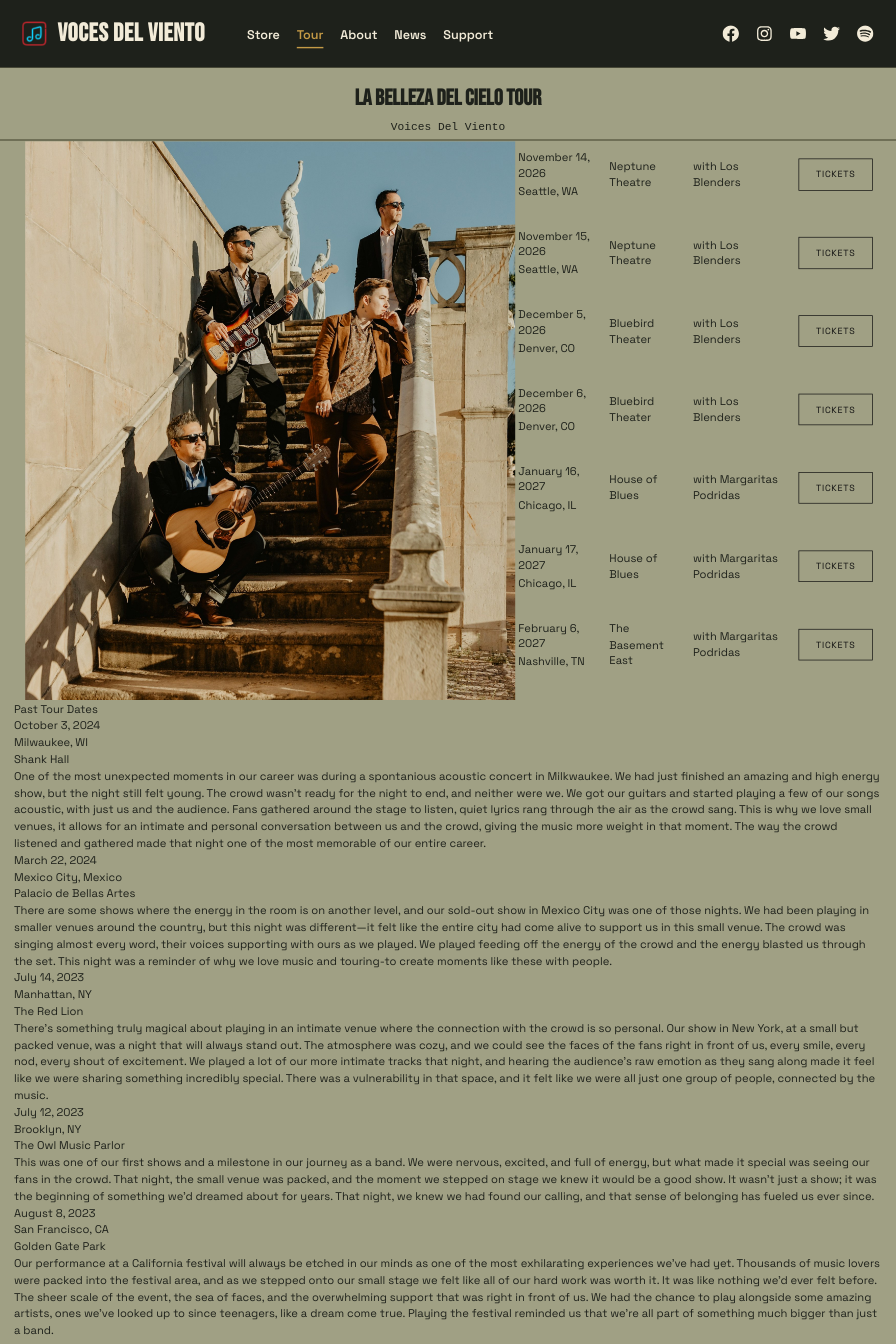
Repository: lime929/voices-del-viento
Page: /tour
The author's editor kept a copy of each file at every save. The page is drawn from the files as they stood at one save, then again after the next save.
The browser window is 1280 px wide. The pictures show the part of the page from y = 0 to 1920 px (the page is 10001 px tall), at 70% of full size.
An inner scrolling area shows only its first screen. The project was rebuilt for these pictures with package versions that can differ from the ones it lists, and the page was loaded fresh each time. The framework's server and built-in components were replaced by stand-ins that run in the browser. Also part of the build but not shown: next.config.mjs.

Above is the page before, as saved 2026-09-14 14:58:31.

### app/layout.jsx
import '../app/globals.css';
import Footer from '../app/components/Footer';
import NavBar from '../app/components/NavBar';


export const metadata = {
  title: "Voces del Viento",
  description:
    "Voces del Viento is a Mexican indie rock band from Michoacán, blending classic Latin rock influences with modern sounds inspired by Caifanes, Juanes, and Los Enanitos Verdes. Discover their heartfelt music, cultural roots, and energetic live performances.",
  keywords: [
    "Voces del Viento",
    "Mexican indie rock",
    "Michoacán, Mexico",
    "Latin rock",
    "Alternative music",
    "band from Mexico",
    "indie music",
  ],
};

export default function MainLayout({ children }) {
  return (
    <html lang="en">
      <body>
        <NavBar />
        {children}
        <Footer />
      </body>
    </html>
  );
}

### app/tour/page.jsx
import styles from "./page.module.css";
import TourCurrent from "../components/TourCurrent";
import TourPast from "../components/TourPast";
import tours from "./tours.json";
import Image from "next/image";
import tourImage from "../../public/images/tour/tourImage.jpg";
import TourGallery from "../components/TourGallery";

export const metadata = {
  title: "Voces del Viento | Tour",
  description: "Live performances and tour dates for Voces del Viento. Check out our upcoming concerts and events.",
  keywords: [
    "Voces del Viento",
    "Concert announcements",
    "Live performances",
    "Tour dates",
    "Music events",
    "Band tour",
    "Live music",
    "Concert schedule",
    "Tour updates",
    "Music tour"
  ]
};

export default function TourPage() {
  const upcomingTours = tours.filter((tour) => tour.status === "upcoming");
  const pastTours = tours.filter((tour) => tour.status === "past");

  return (
    <>
      <div className={styles.tourContainer}>
      <div className={styles.tourHeader}>
        <h2 className={styles.tourTitle}>La Belleza del Cielo Tour</h2>
        <h4 className={styles.bandName}>Voices Del Viento</h4>
      </div>
       <div className={styles.currentColumns}>
  <div className={styles.currentTourImageWrap}>
          <Image
            src={tourImage}
            alt="Band's Tour image"
            width={700}
            height={800}
            sizes="100vw"
            className={styles.tourImage}
          />
        </div>
          <div className={styles.currentTourList}>
            {upcomingTours.map((tour) => (
            <TourCurrent key={tour.id} tour={tour} />
          ))}
          </div>
        </div>

        <div className={styles.pastTourList}>
          <h3 className={styles.pastTourTitle}>Past Tour Dates</h3>
          {pastTours.map((tour) => (
            <TourPast key={tour.id} tour={tour} />
          ))}
        </div>
      </div>
      <TourGallery />
    </>
  );
}

### app/globals.css
/* @import url("https://fonts.googleapis.com/css2?family=Bebas+Neue&family=DM+Sans:opsz,wght@9..40,400;9..40,500;9..40,600;9..40,700&family=Space+Mono:wght@400;700&display=swap");
@import url('https://fonts.googleapis.com/css2?family=Space+Grotesk:wght@300..700&display=swap'); */

@import url('https://fonts.googleapis.com/css2?family=Archivo+Black&family=Bebas+Neue&family=DM+Sans:ital,opsz,wght@0,9..40,100..1000;1,9..40,100..1000&family=Oswald:wght@200..700&family=Roboto+Mono:ital,wght@0,100..700;1,100..700&family=Space+Grotesk:wght@300..700&display=swap');
@import "tailwindcss";

@theme {
      /* Large headings and album titles */
  --font-display: "Bebas Neue", sans-serif;
    /* Paragraphs, navigation, and buttons */
  --font-body: "Space Grotesk", sans-serif;
    /* Dates, labels, and small details */
  --font-mono: "Space Mono", monospace;

    /* Main page background */
  --color-band-bg: #A0A084;
    /* Main text, dark sections & footer */
  --color-band-ink: #1E211B;
    /* Text on dark/red backgrounds */
  --color-band-cream: #F2EBD8;
    /* Borders and secondary accents */
  --color-band-olive: #5a5a44;
    /* Small highlights and labels */
  --color-band-gold: #C49A46;
}

body {
  font-family: var(--font-body);
  background-color: var(--color-band-bg);
  color: var(--color-band-ink);
  margin: 0;
  padding: 0;
}

### app/components/Footer.jsx
export default function Footer() {
  return (
    <footer className="border-t border-band-olive bg-band-ink py-8 px-4 sm:px-6">
      <div className="mx-auto max-w-6xl">
        <div className="flex flex-col items-center justify-between gap-8 text-sm md:flex-row">
          {/* Copyright */}
          <div className="order-2 text-center md:order-1 md:text-left">
            <p className="font-semibold text-band-cream">
              © {new Date().getFullYear()}{' '}
              <span className="font-black text-band-cream">Voices Del Viento</span>
            </p>
            <p className="mt-1 font-mono text-xs tracking-wider text-band-gold">
              Made with Next.js & Tailwind by Liliana Mendez
            </p>
          </div>

          {/* Right links */}
          <nav className="order-1 flex items-center gap-6 md:order-2">
            <a
              href="/store"
              className="border-b-2 border-transparent pb-1 text-sm font-semibold text-band-cream transition-all duration-200 hover:border-band-gold hover:text-band-gold"
            >
              Store
            </a>
            <a
              href="/tour"
              className="border-b-2 border-transparent pb-1 text-sm font-semibold text-band-cream transition-all duration-200 hover:border-band-gold hover:text-band-gold"
            >
              Tour
            </a>
            <a
              href="/about"
              className="border-b-2 border-transparent pb-1 text-sm font-semibold text-band-cream transition-all duration-200 hover:border-band-gold hover:text-band-gold"
            >
              About
            </a>
            <a
              href="/news"
              className="border-b-2 border-transparent pb-1 text-sm font-semibold text-band-cream transition-all duration-200 hover:border-band-gold hover:text-band-gold"
            >
              News
            </a>
            <a
              href="/support"
              className="border-b-2 border-transparent pb-1 text-sm font-semibold text-band-cream transition-all duration-200 hover:border-band-gold hover:text-band-gold"
            >
              Support
            </a>
          </nav>
        </div>
      </div>
    </footer>
  );
}

### app/components/NavBar.jsx
'use client';
import { useState } from "react";
import Link from "next/link";
import Image from "next/image";
import { usePathname } from "next/navigation";
import { FaBars, FaTimes, FaFacebook, FaInstagram, FaYoutube, FaTwitter,FaSpotify } from "react-icons/fa";
import logoIcon from '../../app/icon.png';

export default function NavBar() {
  const [isMobileMenuOpen, setIsMobileMenuOpen] = useState(false);
  const pathname = usePathname();

  return (
    <>
      <nav className="bg-band-ink border-b border-band-olive sticky top-0 z-50">
        <div className="px-4 lg:px-6">
          <div className="relative flex h-24 items-center justify-between">

            {/* Mobile menu button: always positioned absolute left and hidden on md+ screens */}
            <div className="absolute inset-y-0 left-0 flex items-center md:hidden">
              <button
                onClick={() => setIsMobileMenuOpen(!isMobileMenuOpen)}
                className="inline-flex items-center justify-center p-2 rounded-md text-band-cream hover:text-band-gold hover:bg-band-olive/20 focus:outline-none focus:ring-2 focus:ring-band-gold"
                aria-controls="mobile-menu"
                aria-expanded={isMobileMenuOpen}
              >
                <span className="sr-only">Open main menu</span>
                {isMobileMenuOpen ? (
                  <FaTimes className="block h-6 w-6" />
                ) : (
                  <FaBars className="block h-6 w-6" />
                )}
              </button>
            </div>

            <div className="flex flex-1 items-center justify-center md:justify-start">
              <Link href="/" className="flex flex-shrink-0 items-center gap-2 hover:opacity-90 transition">
                <Image
                  src={logoIcon}
                  alt="Voices Del Viento Logo"
                  width={50}
                  height={50}
                  priority
                />

                <span className="hidden font-display text-4xl font-bold uppercase tracking-wide text-band-cream transition-colors hover:text-band-gold md:block md:mr-9">
                Voces Del Viento
                </span>
              </Link>


              <div className="hidden md:ml-6 md:block md:pt-2">
                <div className="flex space-x-4 lg:space-x-6">
                  <Link
                    href="/store"
                    className={`${
                      pathname === "/store" ? "border-b-2 border-band-gold text-band-gold" : "border-b-2 border-transparent text-band-cream hover:text-band-gold hover:border-band-gold"
                    } text-lg font-semibold pb-1 transition-all`}
                  >
                    Store
                  </Link>
                  <Link
                    href="/tour"
                    className={`${
                      pathname === "/tour" ? "border-b-2 border-band-gold text-band-gold" : "border-b-2 border-transparent text-band-cream hover:text-band-gold hover:border-band-gold"
                    } text-lg font-semibold pb-1 transition-all`}
                  >
                    Tour
                  </Link>
                  <Link
                    href="/about"
                    className={`${
                      pathname === "/about" ? "border-b-2 border-band-gold text-band-gold" : "border-b-2 border-transparent text-band-cream hover:text-band-gold hover:border-band-gold"
                    } text-lg font-semibold pb-1 transition-all`}
                  >
                    About
                  </Link>
                  <Link
                    href="/news"
                    className={`${
                      pathname === "/news" ? "border-b-2 border-band-gold text-band-gold" : "border-b-2 border-transparent text-band-cream hover:text-band-gold hover:border-band-gold"
                    } text-lg font-semibold pb-1 transition-all`}
                  >
                    News
                  </Link>
                  <Link
                    href="/support"
                    className={`${
                      pathname === "/support" ? "border-b-2 border-band-gold text-band-gold" : "border-b-2 border-transparent text-band-cream hover:text-band-gold hover:border-band-gold"
                    } text-lg font-semibold pb-1 transition-all`}
                  >
                    Support
                  </Link>
                </div>
              </div>
            </div>

            <div className="absolute inset-y-0 right-0 flex items-center pr-2 md:static md:ml-6 md:pr-0">
              <div className="flex items-center gap-2 text-band-cream">
             <button className="relative p-2 rounded-full transition-transform duration-250 ease-in-out hover:scale-110 hover:text-band-gold">
                    <FaFacebook className="h-6 w-6" />
                </button>
             <button className="relative p-2 rounded-full transition-transform duration-250 ease-in-out hover:scale-110 hover:text-band-gold">
                    <FaInstagram className="h-6 w-6" />
                </button>
             <button className="relative p-2 rounded-full transition-transform duration-250 ease-in-out hover:scale-110 hover:text-band-gold">
                    <FaYoutube className="h-6 w-6" />
                </button>
             <button className="relative p-2 rounded-full transition-transform duration-250 ease-in-out hover:scale-110 hover:text-band-gold">
                    <FaTwitter className="h-6 w-6" />
                </button>
            <button className="relative p-2 rounded-full transition-transform duration-250 ease-in-out hover:scale-110 hover:text-band-gold">
                    <FaSpotify className="h-6 w-6" />
                </button>
              </div>
            </div>
          </div>
        </div>

        {/* Mobile menu */}
        {isMobileMenuOpen && (
          <div className="md:hidden bg-band-ink/95 backdrop-blur-md border-t border-band-olive px-4 pb-4 pt-2 space-y-1">
            <Link
              href="/store"
              className={`${
                pathname === "/store" ? "bg-band-olive/20 text-band-cream" : "border-b-2 border-transparent text-band-cream hover:bg-band-olive/20 hover:text-band-gold"
              } block rounded-md px-3 py-3 text-base font-semibold transition-colors`}
              onClick={() => setIsMobileMenuOpen(false)}
            >
              Store
            </Link>
            <Link
              href="/tour"
              className={`${
                pathname === "/tour" ? "bg-band-olive/20 text-band-cream" : "border-b-2 border-transparent text-band-cream hover:bg-band-olive/20 hover:text-band-gold"
              } block rounded-md px-3 py-3 text-base font-semibold transition-colors`}
              onClick={() => setIsMobileMenuOpen(false)}
            >
              Tour
            </Link>
            <Link
              href="/about"
              className={`${
                pathname === "/about" ? "bg-band-olive/20 text-band-cream" : "border-b-2 border-transparent text-band-cream hover:bg-band-olive/20 hover:text-band-gold"
              } block rounded-md px-3 py-3 text-base font-semibold transition-colors`}
              onClick={() => setIsMobileMenuOpen(false)}
            >
              About
            </Link>
            <Link
              href="/news"
              className={`${
                pathname === "/news" ? "bg-band-olive/20 text-band-cream" : "border-b-2 border-transparent text-band-cream hover:bg-band-olive/20 hover:text-band-gold"
              } block rounded-md px-3 py-3 text-base font-semibold transition-colors`}
              onClick={() => setIsMobileMenuOpen(false)}
            >
              News
            </Link>
            <Link
              href="/support"
              className={`${
                pathname === "/support" ? "bg-band-olive/20 text-band-cream" : "border-b-2 border-transparent text-band-cream hover:bg-band-olive/20 hover:text-band-gold"
              } block rounded-md px-3 py-3 text-base font-semibold transition-colors`}
              onClick={() => setIsMobileMenuOpen(false)}
            >
              Support
            </Link>
          </div>
        )}
      </nav>
    </>
  );
}

### app/tour/page.module.css
/* Tour banner */
.tourContainer {
  display: flex;
  flex-direction: column;
  padding: 20px;
  background-color: var(--color-band-bg);
}
.tourHeader {
    align-items: center;
    text-align: center;
    width: 100vw;
    margin-left: calc(50% - 50vw);
    box-sizing: border-box;

}

.bandName {
  font-family: var(--font-mono);
  border-bottom: 2px solid var(--color-band-olive);
  padding-bottom: 5px;
}

.tourTitle {
  font-size: 2rem;
  font-weight: bold;
  margin-bottom: 5px;
  color: var(--color-band-ink);
  font-family: var(--font-display);
}

/* current tour */
.currentColumns {
  display: grid;
  grid-template-columns: 1fr 1fr;
  align-items: center;
  width: 100%;
}

.currentTourImageWrap {
  width: 700px;
  margin-top: 0;
  margin-left: 16px
}

.tourImage {
  width: 100%;
  height: auto;
  display: block;
}

.currentTourList {
  display: flex;
  flex-direction: column;
  gap: 0;
  max-height: 800px;
  overflow-y: auto;
  padding-right: 0.5rem;
}

.tourEntry {
  display: grid;
  grid-template-columns: 1.1fr 1fr 1.3fr auto;
  grid-template-rows: auto auto;
  align-items: center;
  gap: 1rem;
  padding: 0.8rem 0.3rem;
}

.tourEntry:hover {
  background-color: rgba(0, 0, 0, 0.05);
  transition: background-color 0.2s ease;
}

.tourDateLocation {
  display: flex;
  flex-direction: column;
  gap: 0.2rem;
}

.tourDateCell,
.tourLocationCell,
.tourVenueCell,
.tourGuestCell {
  font-size: 1rem;
  line-height: 1.4;
  margin: 0;
}

.tourTickets {
  justify-self: end;
  padding: 0.75rem 1.5rem;
  border: 1px solid #111;
  text-decoration: none;
  color: #111;
  text-transform: uppercase;
  letter-spacing: 0.08em;
  font-size: 0.8rem;
  transition: background-color 0.2s ease, color 0.2s ease;
}

.tourTickets:hover {
  background-color: #111;
  color: #fff;
}

/* Tour Gallery */
/* Default thumbnail styling */
.tourGalleryImage {
  width: 100%;
  height: auto;
  cursor: zoom-in;
  transition: transform 0.3s ease; /* Smooth enlargement effect */
}

/* Styling applied when the image is clicked */
.tourGalleryImage.enlarged {
  transform: scale(2); /* Doubles the size. Adjust the scale ratio as needed */
  cursor: zoom-out;
  z-index: 999;        /* Layers it above other elements */
  position: relative;  /* Ensures z-index takes effect */
}

### app/components/TourCurrent.jsx
import styles from "../tour/page.module.css";

export default function TourCurrent({ tour }) {
  return (
    <div className={styles.tourEntry}>
      <div className={styles.tourDateLocation}>
        <div className={styles.tourDateCell}>{tour.date}</div>
        <div className={styles.tourLocationCell}>{tour.location}</div>
      </div>

      <div className={styles.tourVenueCell}>{tour.venue}</div>

      {tour.specialGuest && (
        <div className={styles.tourGuestCell}>{tour.specialGuest}</div>
      )}

      {tour.tickets && (
        <a
          href={tour.tickets.href}
          className={styles.tourTickets}
          target="_blank"
        >
          {tour.tickets.label}
        </a>
      )}
    </div>
  );
}

### app/components/TourPast.jsx
import styles from "../tour/page.module.css";

export default function TourPast({ tour }) {
  return (
  <>
    <div className={styles.pastTour}>
            <p className={styles.tourDate}>{tour.date}</p>
            <p className={styles.tourLocation}>{tour.location}</p>
            <p className={styles.tourVenue}>{tour.venue}</p>
            <p className={styles.tourDescription}>{tour.description}</p>
    </div>
  </>
  );
}

### app/components/TourGallery.jsx
"use client";

import { useState } from "react";
import Image from "next/image";
import styles from "../tour/page.module.css";
import tour1 from "../../public/images/tour/tour-1.jpg";
import tour2 from "../../public/images/tour/tour-2.jpg";
import tour3 from "../../public/images/tour/tour-3.jpg";
import tour4 from "../../public/images/tour/tour-4.jpg";
import tour5 from "../../public/images/tour/tour-5.jpg";
import tour6 from "../../public/images/tour/tour-6.jpg";
import tour7 from "../../public/images/tour/tour-7.jpg";
import tour8 from "../../public/images/tour/tour-8.jpg";

const images = [tour1, tour2, tour3, tour4, tour5, tour6, tour7, tour8];

export default function TourGallery() {
  const [selectedImage, setSelectedImage] = useState(images[0]);

  return (
    <div className={styles.tourGallery}>
      <div className={styles.tourSpotlight}>
        <Image
          src={selectedImage}
          alt="Selected tour image"
          width={1000}
          height={800}
          className={styles.tourSpotlightImage}
        />
      </div>

      <div className={styles.tourGalleryGrid}>
        {images.map((image, index) => (
          <button
            key={index}
            type="button"
            className={styles.tourGalleryThumbButton}
            onClick={() => setSelectedImage(image)}
            aria-label={`View tour image ${index + 1}`}
          >
            <Image
              src={image}
              alt={`Tour Image ${index + 1}`}
              width={300}
              height={240}
              className={styles.tourGalleryImage}
            />
          </button>
        ))}
      </div>
    </div>
  );
}

Loaded but not shown: app/tour/tours.json (247 lines, source omitted)

After the next save:
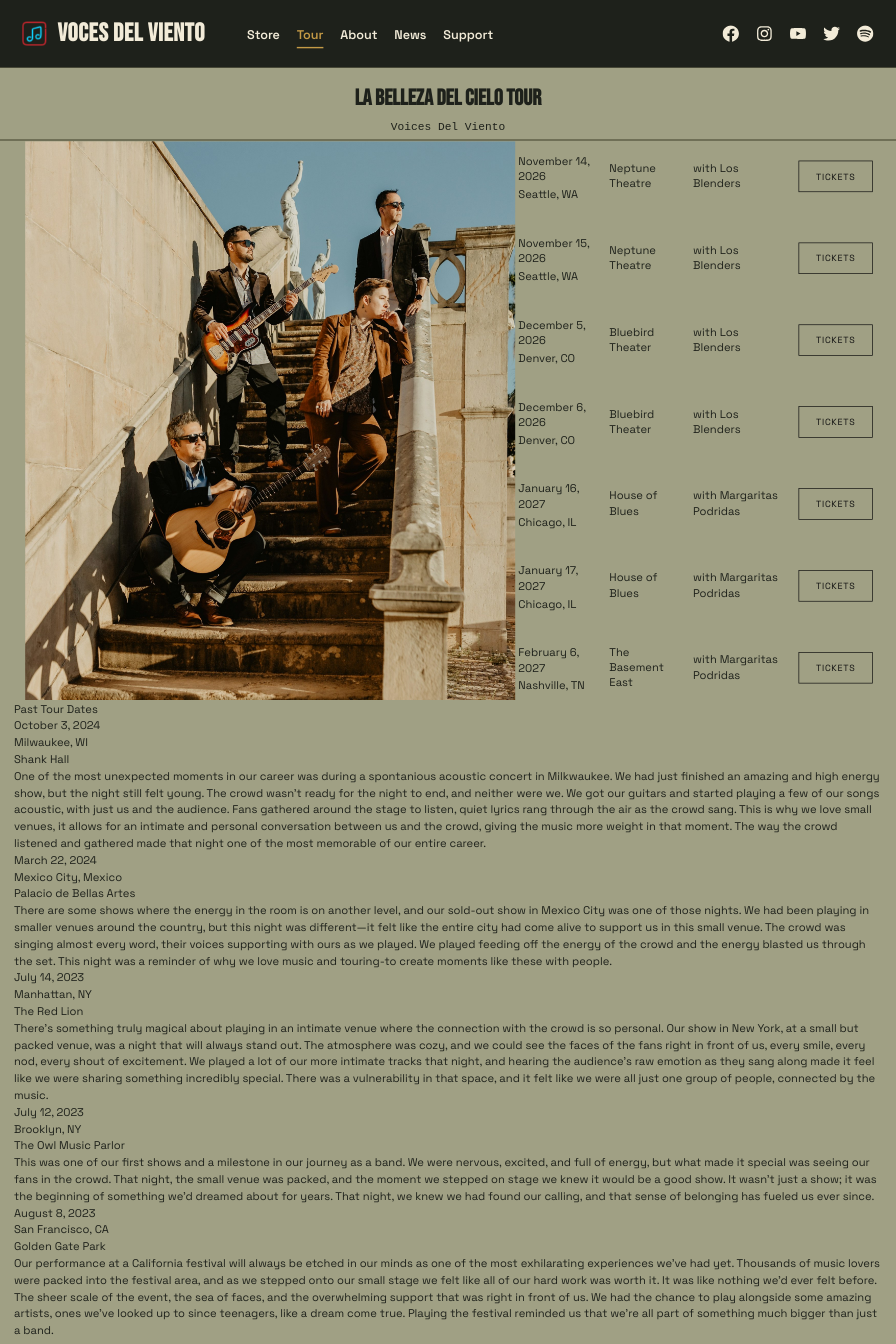
Saved 10 s later.
--- a/app/tour/page.module.css
+++ b/app/tour/page.module.css
@@ -75,6 +75,7 @@
   display: flex;
   flex-direction: column;
   gap: 0.2rem;
+  padding-top: 5px;
 }
 
 .tourDateCell,
